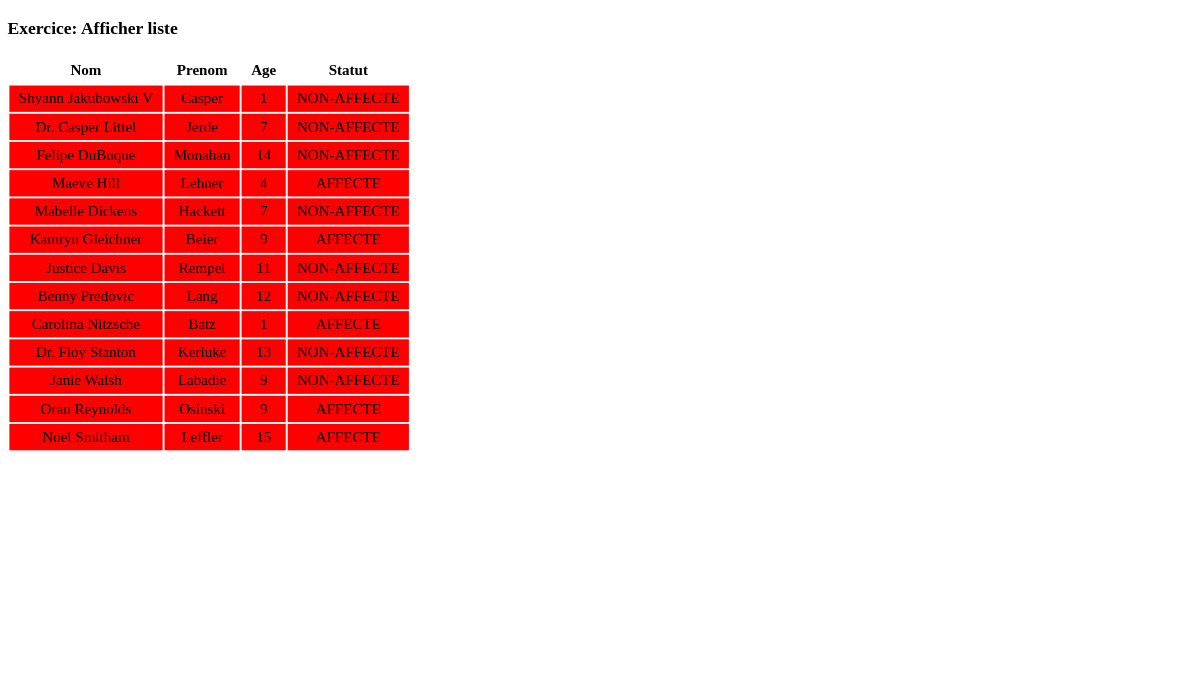
Repository: Bfabien99/PHPREPO
Page: http://localhost/
These files come from the project's save history. The page is drawn as it stood at one moment and after the next save; the edit follows.
The browser window is 1280 px wide. The pictures show the whole page, at 94% of full size.
The page is run by PHP 8.4 with error messages shown; the project is at /var/www/html/.

Above is the page before, as saved 2021-12-10 10:50:05.

After the next save:
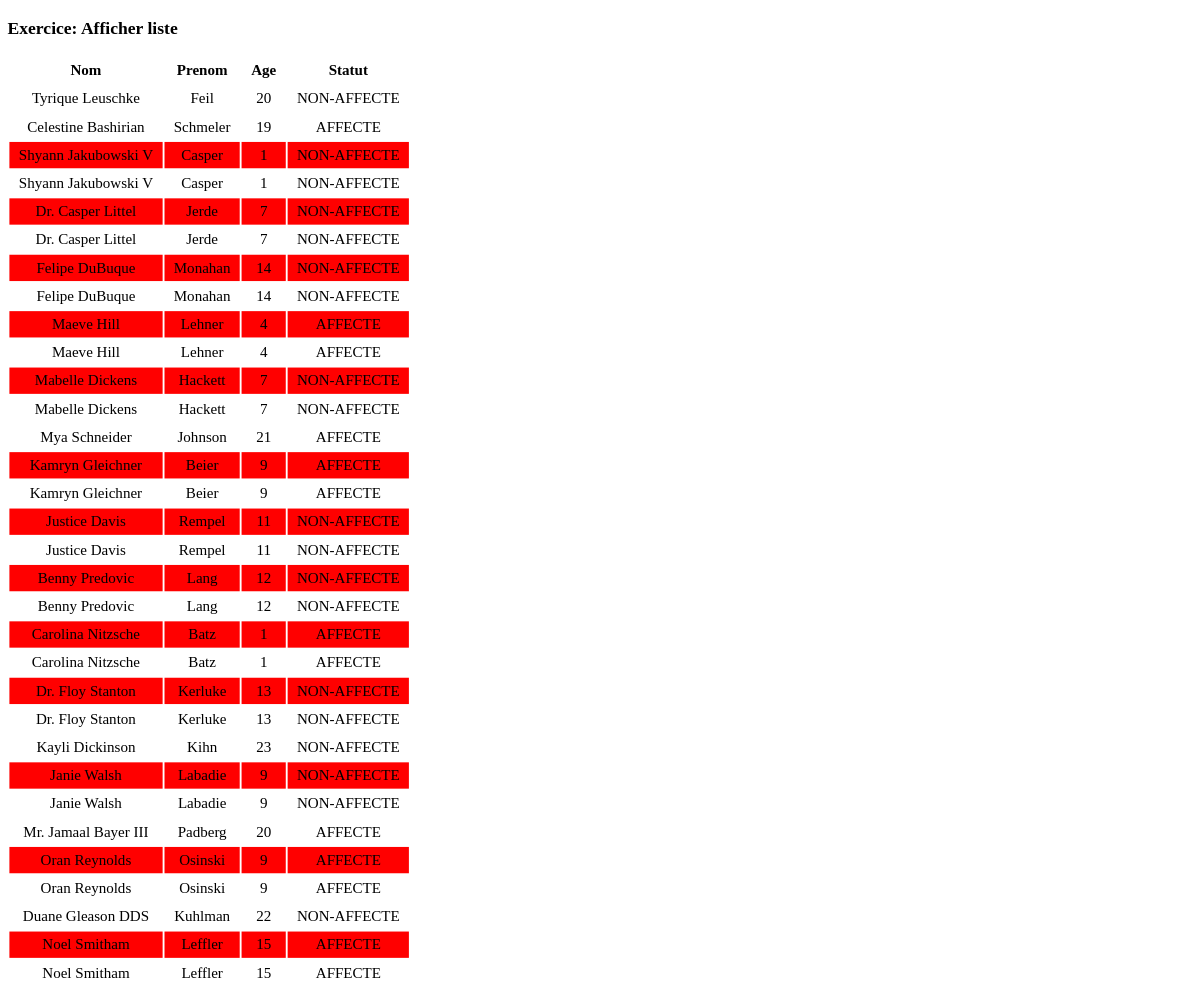
Saved 8 s later.
--- a/MakeFakeData/src/index.php
+++ b/MakeFakeData/src/index.php
@@ -71,12 +71,12 @@ while($i<= 100) {
                     <td class="red">'.$value["statut"].'</td>
                     </tr>';
 
-                // case $value["age"]>18 && $value["age"]<25:
-                //     echo '<trclass="green"><td >'.$value["nom"].'</td>
-                //     <td >'.$value["prenom"].'</td>
-                //     <td >'.$value["age"].'</td>
-                //     <td >'.$value["statut"].'</td>
-                //     </tr>';
+                case $value["age"]>18 && $value["age"]<25:
+                    echo '<trclass="green"><td >'.$value["nom"].'</td>
+                    <td >'.$value["prenom"].'</td>
+                    <td >'.$value["age"].'</td>
+                    <td >'.$value["statut"].'</td>
+                    </tr>';
 
                 // case $value["age"] > 25:
                 //     echo '<tr><td class="yellow">'.$value["nom"].'</td>
